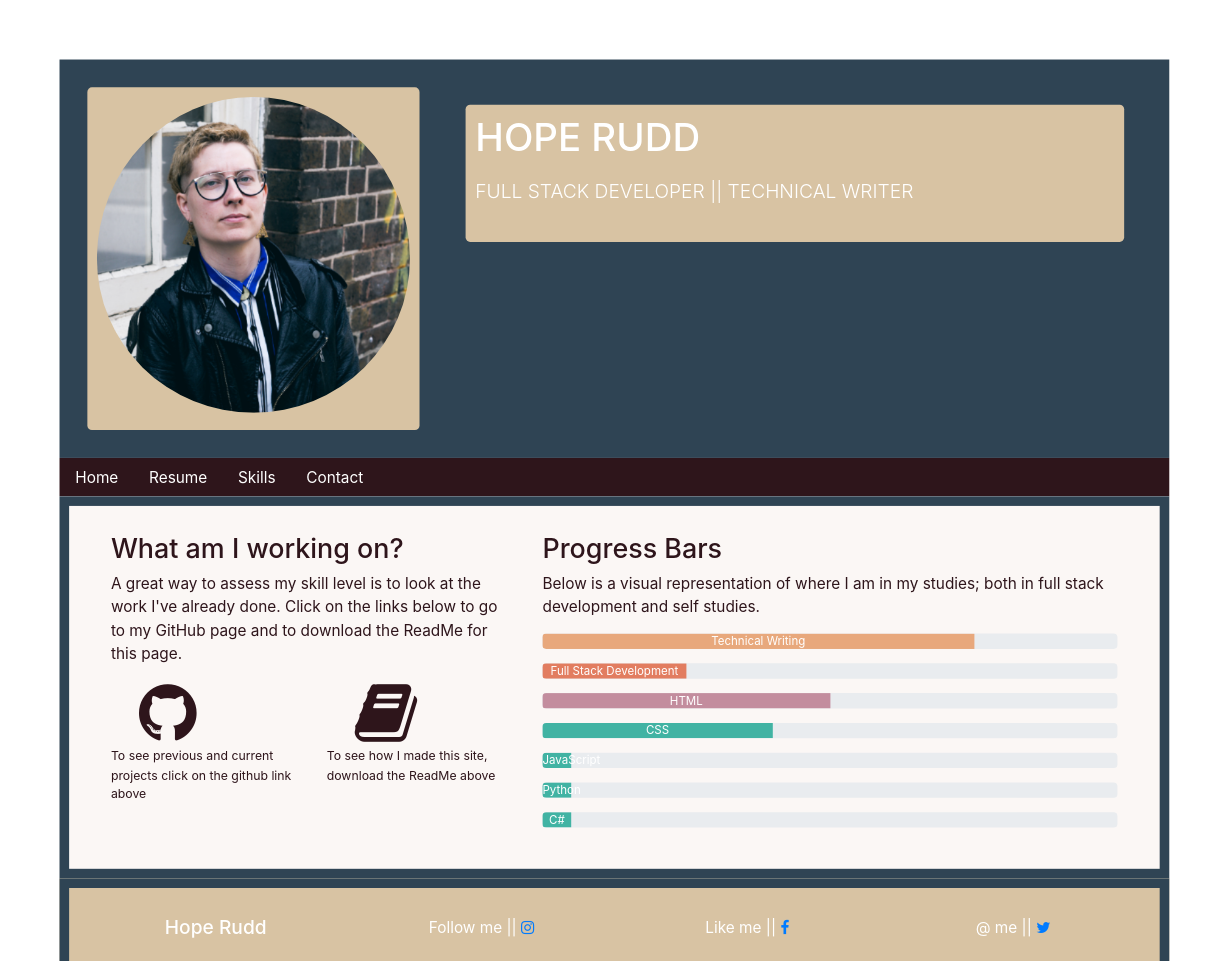
Repository: BleakTerrain/MilestoneProject-
Page: skills.html
The author's editor kept a record of every edit. The page is drawn from the files as they stood at one moment, then again after the next edit.
The browser window is 1280 px wide. The pictures show the whole page, at 96% of full size.
Some web libraries are served in a nearby version.

Above is the page before.

### skills.html
<html>

<head>
    <!-- Copied from UCB Resume code institue project -->

    <meta charset="UTF-8">
    <meta name="viewport" content="width=device-width, initial-scale=1.0">
    <meta http-equiv="X-UA-Compatible" content="ie=edge">
    <link rel="stylesheet" href="https://maxcdn.bootstrapcdn.com/bootstrap/4.2.1/css/bootstrap.min.css" type="text/css" />
    <link rel="stylesheet" href="https://maxcdn.bootstrapcdn.com/font-awesome/4.7.0/css/font-awesome.min.css" type="text/css" />
    <link rel="stylesheet" href="https://cdnjs.cloudflare.com/ajax/libs/hover.css/2.3.1/css/hover-min.css" type="text/css" />
    <link rel="stylesheet" href="assets/CSS/stylesheet.css" type="text/css" />
    <!-- Copied initial links end -->

    <title> Personal Portfolio</title>
</head>
<header>



</header>

<body>
    <div class="intro-container">

        <!-------------------------Intro cards Started----------------------->
        <div class="row">
            <div class="col-sm-4">
                <div class="jumbotron text-uppercase introtron">
                    <img class="intro-image " src="BackgroundCodeInstitute.jpg" alt="Image not found">
                </div>
            </div>

            <div class="col-sm-8">
                <div class="jumbotron text-uppercase name-card">
                    <h1>Hope Rudd</h1>
                    <p class="lead">Full Stack Developer || Technical Writer </p>
                </div>
            </div>

        </div>

    </div>
    <!-------------------------------Intro cards finished-------------------------------->
    <!-------------------------------Nav bar started-------------------------------->
    <!-- inspired by example at https://www.w3schools.com/bootstrap4/bootstrap_navs.asp -->
    <ul class=" nav navbar-default">
        <li class="nav-item">
            <a class="nav-link" href="index.html">Home</a>
        </li>
        <li class="nav-item">
            <a class="nav-link" href="resume.html">Resume</a>
        </li>
        <li class="nav-item">
            <a class="nav-link" href="skills.html">Skills</a>
        </li>
        <li class="nav-item">
            <a class="nav-link" href="contact.html">Contact</a>
        </li>
    </ul>
    <!-------------------------------Nav bar finished-------------------------------->
    <!-------------------------------Bulk text started------------------------------->
    <section class="main-text container-fluid">
        <div class="row skills-text-box">
            <div class="col-sm-5">
                <h3> What am I working on?</h3>
                <p>A great way to assess my skill level is to look at the work I've already done. Click on the links below to go to my GitHub page and to download the ReadMe for this page. </p>
                <div class="row">
                    <div class="col-sm-6">
                        <a href="https://github.com/BleakTerrain" target="blank"> <i class= "fa fa-github skills-link"></i></a>
                        <p><small>To see previous and current projects click on the github link above</small> </p>
                    </div>
                    <div class="col-sm-6">
                        <a href="README.md" target="blank"> <i class= "fa fa-book skills-link"></i></a>
                        <p><small>To see how I made this site, download the ReadMe above</small></p>
                    </div>
                </div>
            </div>
            <div class="col-sm-7">
                <h3> Progress Bars </h3>
                <p> Below is a visual representation of where I am in my studies; both in full stack development and self studies. </p>
                <div class="progress skillsbar-main">
                    <div class="progress-bar tech-writing " role="progressbar" aria-valuenow="40" aria-valuemin="0" aria-valuemax="100" style="width:75%">
                        Technical Writing
                    </div>
                </div>
                <div class="progress skillsbar-main">
                    <div class="progress-bar full-stack " role="progressbar" aria-valuenow="40" aria-valuemin="0" aria-valuemax="100" style="width:25%">
                        Full Stack Development
                    </div>
                </div>
                <div class="progress skillsbar-main">
                    <div class="progress-bar html" role="progressbar" aria-valuenow="40" aria-valuemin="0" aria-valuemax="100" style="width:50%">
                        HTML
                    </div>
                </div>
                <div class="progress skillsbar-main">
                    <div class="progress-bar css" role="progressbar" aria-valuenow="40" aria-valuemin="0" aria-valuemax="100" style="width: 40%">
                        CSS
                    </div>
                </div>
                <div class="progress skillsbar-main">
                    <div class="progress-bar css" role="progressbar" aria-valuenow="40" aria-valuemin="0" aria-valuemax="100" style="width: 5%">
                        JavaScript
                    </div>
                </div>
                <div class="progress skillsbar-main">
                    <div class="progress-bar css" role="progressbar" aria-valuenow="40" aria-valuemin="0" aria-valuemax="100" style="width: 5%">
                        Python
                    </div>
                </div>
                <div class="progress skillsbar-main">
                    <div class="progress-bar css" role="progressbar" aria-valuenow="40" aria-valuemin="0" aria-valuemax="100" style="width: 5%">
                        C#
                    </div>
                </div>
            </div>
        </div>

    </section>
</body>
<!-------------------------------Bulk text finished------------------------------->
<!-------------------------------Footer Begins------------------------------------>


<footer class="footer container-fluid">
    <div class="row">
        <div class="col-sm-3 footer-item">
            <h5> Hope Rudd </h5>
        </div>
        <div class="col-sm-3 footer-item">
            <p>Follow me || <a href="#"> <i class="fa fa-instagram aria-hidden=true"></i></a></p>
            <span class="sr-only">Instagram link</span>
        </div>
        <div class="col-sm-3 footer-item">
            <p> Like me || <a href="#"> <i class="fa fa-facebook aria-hidden=true"></i></a></p>
            <span class="sr-only">Facebook Link</span>
        </div>
        <div class="col-sm-3 footer-item">
            <p>@ me || <a href="#"> <i class="fa fa-twitter aria-hidden=true"></i></a></p>
            <span class="sr-only">Twitter Link</span>
        </div>
</footer>

</html>

### assets/CSS/stylesheet.css

/* Main background taken from bootstraps basics project*/
/* General theme inspiration from : https://visme.co/blog/website-color-schemes/ */

body, html {
  height: 100%;
  margin: 2.5%;
}
/* -----------------------------------Intro bar---------------*/

.intro-container
{
padding:2.5%;
background-color: #2f4454;
}
.jumbotron
{
  margin:2.5%;
 padding: 10px;
 text-align: center;
  background-color: #D8C3A3;
  color:#fff;

}
.jumbotron-header
{
  font-size:500%;

}

.introtron
{
  margin:0;
min-height: 40%;
}

.intro-image {
  padding-bottom: 2.5%;
    width: 100%;
    background-position: center;
    background-repeat: no-repeat;
    transition: all .5s ease-in-out;
    -moz-transition: all .5s ease-in-out;
    -webkit-transition: all .5s ease-in-out;
  border-radius: 50%;
  display:inline-block;
}

.lead
{
  margin-top: 2.5%;
}

.contact-card
{

  text-align: left;
  height:40%;
}
.name-card
{
  text-align:left;
  font-size: x-large;
  height:40%;
}
/*-----------------------------SkillsBar-------------------*/
.skill-bars
{
 width: 100%;
 border: solid 10px #41B3A3 ;
 padding: 2.5%;
}
.progress-index
{
  margin-bottom:5%;
}
.full-stack
{
  background-color: #E27D60;
}
.tech-writing
{
  background-color: #e8a87c;
}
.html
{
  background-color: #C38D9E;
}
.css
{
  background-color: #41B3A3;
}
/*----------------------------------Nav-----------------------*/
/* There are nav-item classes per nav items because I had different plans - these got changed but I'm keeping them just incase */
.nav
{

  text-align: center;
  background-color: #2E151B;

}
.nav-link
{
  color:#fff;
}
.nav-link:hover
{
  background-color:#eed2dc ;
  color:#2E151B;
}
.nav-item-resume
{
  background-color: #D8C3A3;
}
.nav-item-skills
{
  background-color: #D8C3A3;
}
.nav-item-contact
{
  background-color: #D8C3A3;
}
/*-----------------------------Main-Text-------------------*/
.main-text
{
  background-color: #2f4454;
}

.main-text-box
{
  border: solid 10px #2f4454;
  background-color: #2f4454;
  color: #fff;
}
.other-image-background
{
border: solid 10px #2f4454;
 margin:0;
}
.other-image {

width: 100%;
  display:block;

}

.resume-main-text,
.skills-text-box,
.contact-main-text
{
  color:#2E151B;
  background-color:#fbf7f5 ;
  border: solid 10px #2f4454;
  padding:2.5% ;
}

.resume-image
{
  max-height: 50%;
   margin-top: 2.5%;
    padding-bottom: 2.5%;
    width: 100%;
    background-repeat: no-repeat;
  display:inline-block;
}

.skillsbar-main
{
margin-bottom: 2.5%;
}

.skills-link
{
font-size: 70px;
color: #2E151B;
margin-left: 15%;
}

.skills-link:hover
{
color:#eed2dc ;
}

.middle-form
{
  padding:2.5%;
  max-width:70%;
  margin: 0 auto;
}

.btn-secondary
{

}
/*-----------------------------Timeline-------------------*/
/*-- Influenced by http://www.prepbootstrap.com/bootstrap-template/timeline ---*/
.timeline {
  list-style: none;
  padding: 10px 0 10px;
  position: relative;

}
.timeline:before {
  top: 0;
  bottom: 0;
  position: absolute;
  content: " ";
  width: 3px;
  background-color: #2f4454 ;
  left: 10px;
  margin-left:-2px;
}
.timeline-item {
  margin-bottom: 10px;
  position: relative;
}

.timeline-item:before
.timeline-item:after {
  content: " ";
  display: table;
}

 .timeline-panel {
   background-color: #2f4454;
   color:#fff;
  width: 90%;
  float: center;
  border: 1px solid #d4d4d4;
  border-radius: 10px;
  padding: 10px;
  position: relative;
  margin-left: 35px;
}
.timeline-panel:before {
  position: absolute;
  display: block;
}
.timeline-panel:after {
  position: absolute;
  display: block;
}
 .timeline-badge {
  color:#2f4454 ;
  font-size: 30px;
  line-height: 25px;
  text-align: center;
  position: absolute;
  top: 16px;
  left: -7px;

}

/*------------------------------Footer---------------------*/
.footer
{ background-color: #D8C3A3;
color:#fff;
padding: 2.5%;
border: solid 10px #2f4454 ;
}
.footer-item
{
  text-align: center;
}
/*------------------------------MediaQueries-----------------*/

@media (max-width: 573px)
{
  .name-card,
  .contact-card
{
height: 100%;
background-color:#fbf7f5 ;
}

.other-image
{
  height:100%;

}
}

After the next edit:
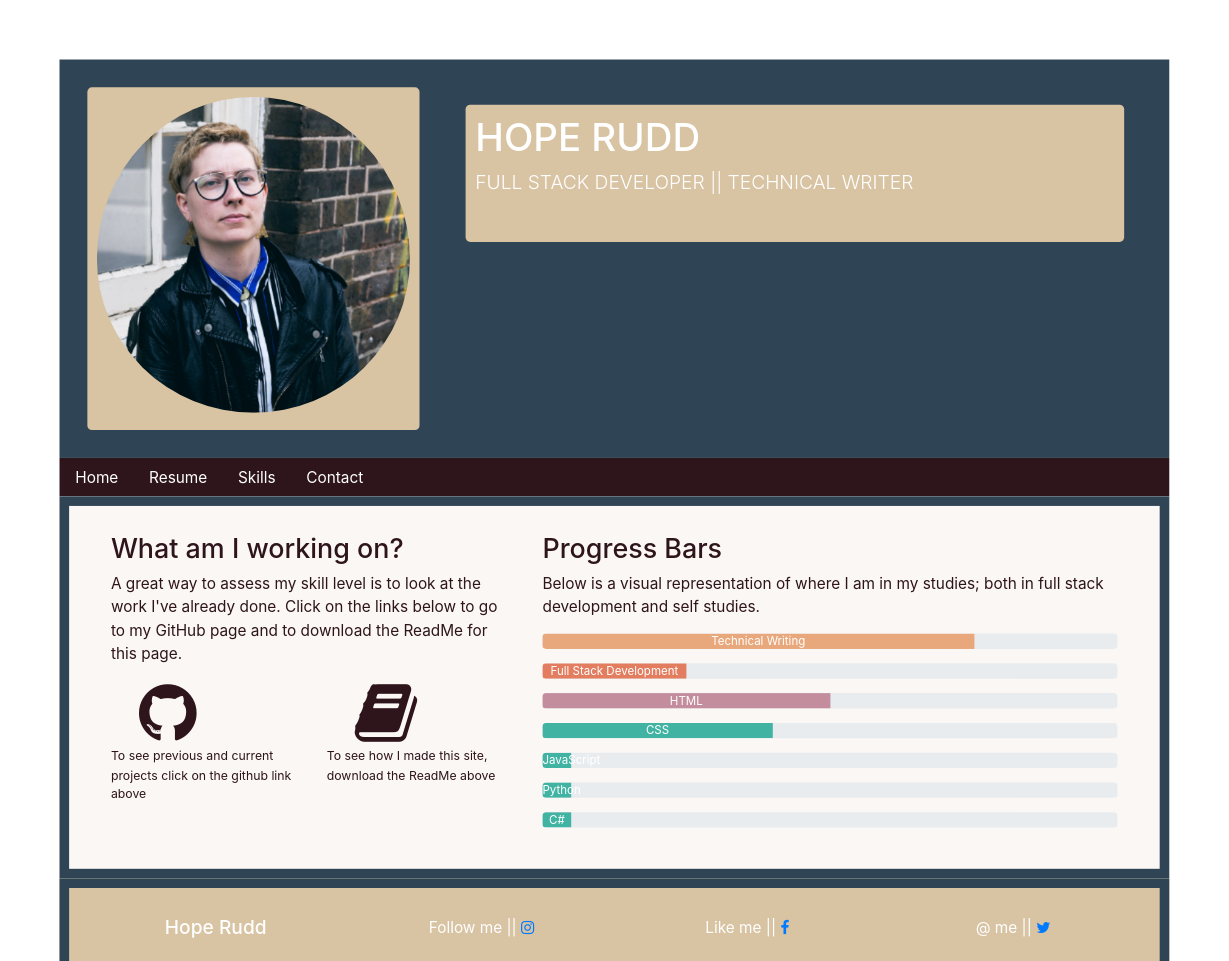
The edit:
--- a/assets/CSS/stylesheet.css
+++ b/assets/CSS/stylesheet.css
@@ -46,10 +46,6 @@
   display:inline-block;
 }
 
-.lead
-{
-  margin-top: 2.5%;
-}
 
 .contact-card
 {
